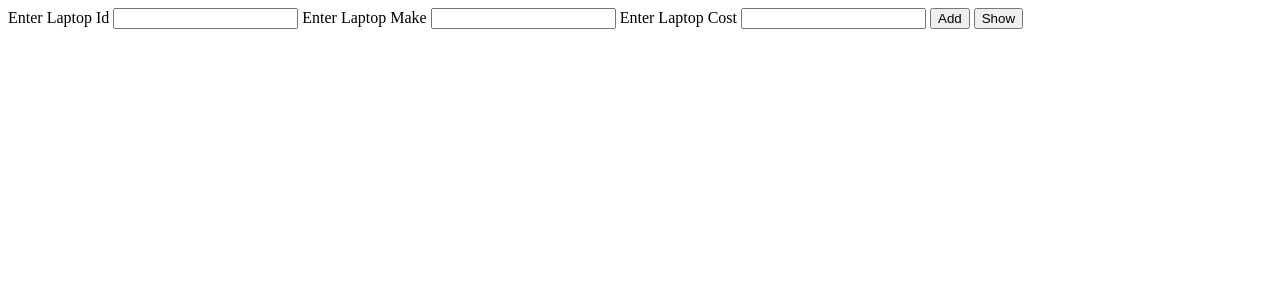
Repository: Abhishek123-1-2/Layered-Architecture-Design
Page: http://localhost/JavaCaseStudy/loginoption.jsp
The author's editor kept a copy of each file at every save. The page is drawn from the files as they stood at one save, then again after the next save.
The browser window is 1280 px wide. The pictures show the whole page.
The page is served by Tomcat 9.

Above is the page before, as saved 2023-08-28 10:30:51.

After the next save:
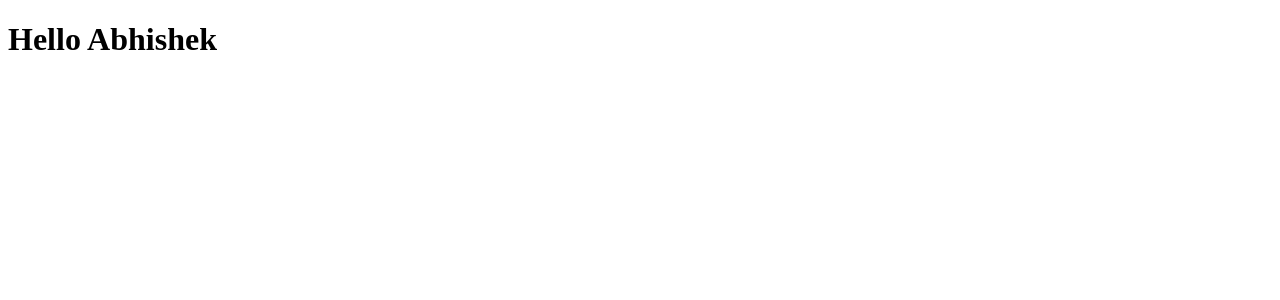
Saved 97 s later.
--- a/LayeredArchitectureDemo/JavaCaseStudy/src/main/webapp/loginoption.jsp
+++ b/LayeredArchitectureDemo/JavaCaseStudy/src/main/webapp/loginoption.jsp
@@ -7,15 +7,6 @@
 <title>Insert title here</title>
 </head>
 <body>
-<form action="insertLap">
-<label>Enter Laptop Id</label>
-<input type="text" name="lid">
-<label>Enter Laptop Make</label>
-<input type="text" name="make">
-<label>Enter Laptop Cost</label>
-<input type="text" name="cost">
-<button type="submit" onclick="form.action='add';">Add</button>
-<button type="submit" onclick="form.action='show';">Show</button>
-</form>
+<h1>Hello Abhishek</h1>
 </body>
 </html>
